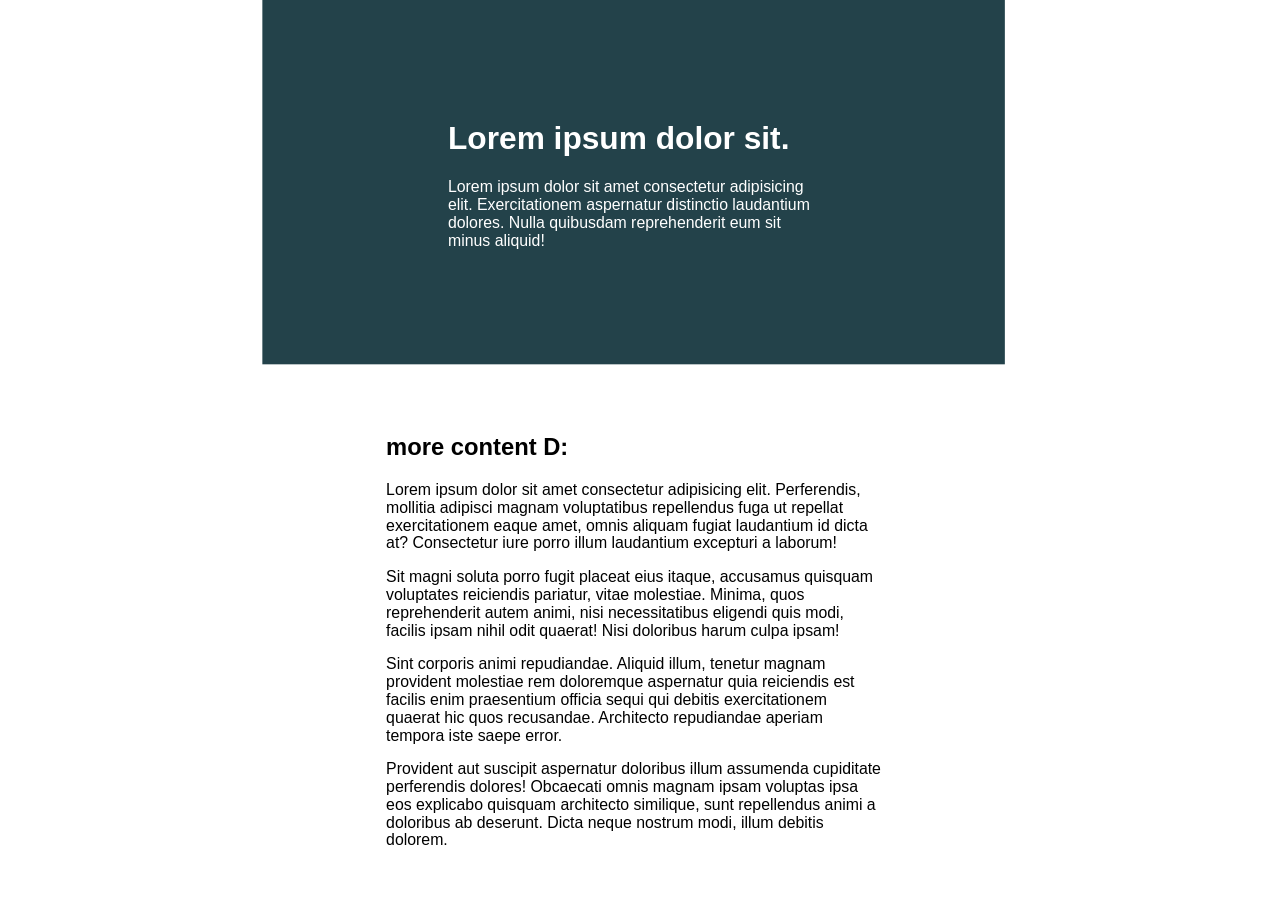
Repository: ufanodev/responsive-3
Page: index.html
The author's editor kept a copy of each file at every save. The page is drawn from the files as they stood at one save, then again after the next save.
The browser window is 1280 px wide. The pictures show the whole page, at 99% of full size.

Above is the page before, as saved 2022-12-10 19:39:35.

### index.html
<!DOCTYPE html>
<html lang="en">
<head>
    <meta charset="UTF-8">
    <meta name="viewport" content="width=device-width, initial-scale=1.0">
    <title>KP Responsive Course</title>

    <link rel="stylesheet" href="style.css">
</head>
<body>

    <div class="container">
        <div class="intro-content">
            <h1>Lorem ipsum dolor sit.</h1>
            <p>Lorem ipsum dolor sit amet consectetur adipisicing elit. Exercitationem aspernatur distinctio laudantium dolores. Nulla quibusdam reprehenderit eum sit minus aliquid!</p>
        </div>
    </div>

    <div class ="intro-content">
        <h2>more content D:</h2>
            <p>Lorem ipsum dolor sit amet consectetur adipisicing elit. Perferendis, mollitia adipisci magnam voluptatibus repellendus fuga ut repellat exercitationem eaque amet, omnis aliquam fugiat laudantium id dicta at? Consectetur iure porro illum laudantium excepturi a laborum!</p>

            <p>Sit magni soluta porro fugit placeat eius itaque, accusamus quisquam voluptates reiciendis pariatur, vitae molestiae. Minima, quos reprehenderit autem animi, nisi necessitatibus eligendi quis modi, facilis ipsam nihil odit quaerat! Nisi doloribus harum culpa ipsam!</p>

            <p>Sint corporis animi repudiandae. Aliquid illum, tenetur magnam provident molestiae rem doloremque aspernatur quia reiciendis est facilis enim praesentium officia sequi qui debitis exercitationem quaerat hic quos recusandae. Architecto repudiandae aperiam tempora iste saepe error.</p>
            <p>Provident aut suscipit aspernatur doloribus illum assumenda cupiditate perferendis dolores! Obcaecati omnis magnam ipsam voluptas ipsa eos explicabo quisquam architecto similique, sunt repellendus animi a doloribus ab deserunt. Dicta neque nostrum modi, illum debitis dolorem.</p>
    </div>

</body>
</html>

### style.css
/* INSTRUCTIONS
 *
 * 1) Keep the text inside .intro-content
 *    in the same place, but have the background
 *    extend from one side of the viewport
 *    to the other, no matter how wide or narrow
 *    the browser is.
 *
 * 2) Limit the maximum width of the text in the
 *    bottom area.
 *
 * You may modify the HTML if needed
 * (you probably should for this challenge)
 *
 */

* {
  box-sizing: border-box;
}

body {
  margin: 0;
  font-family: sans-serif;
}

.container {
  width: 80%;
  max-width: 750px;
  margin: 0 auto;
  background: #23424a;
  color: white;
  padding: 50px 0;
}

.intro-content {
  width: 50%;
  max-width: 500px;
  margin: 0 auto;
  padding: 50px 0;
}

After the next save:
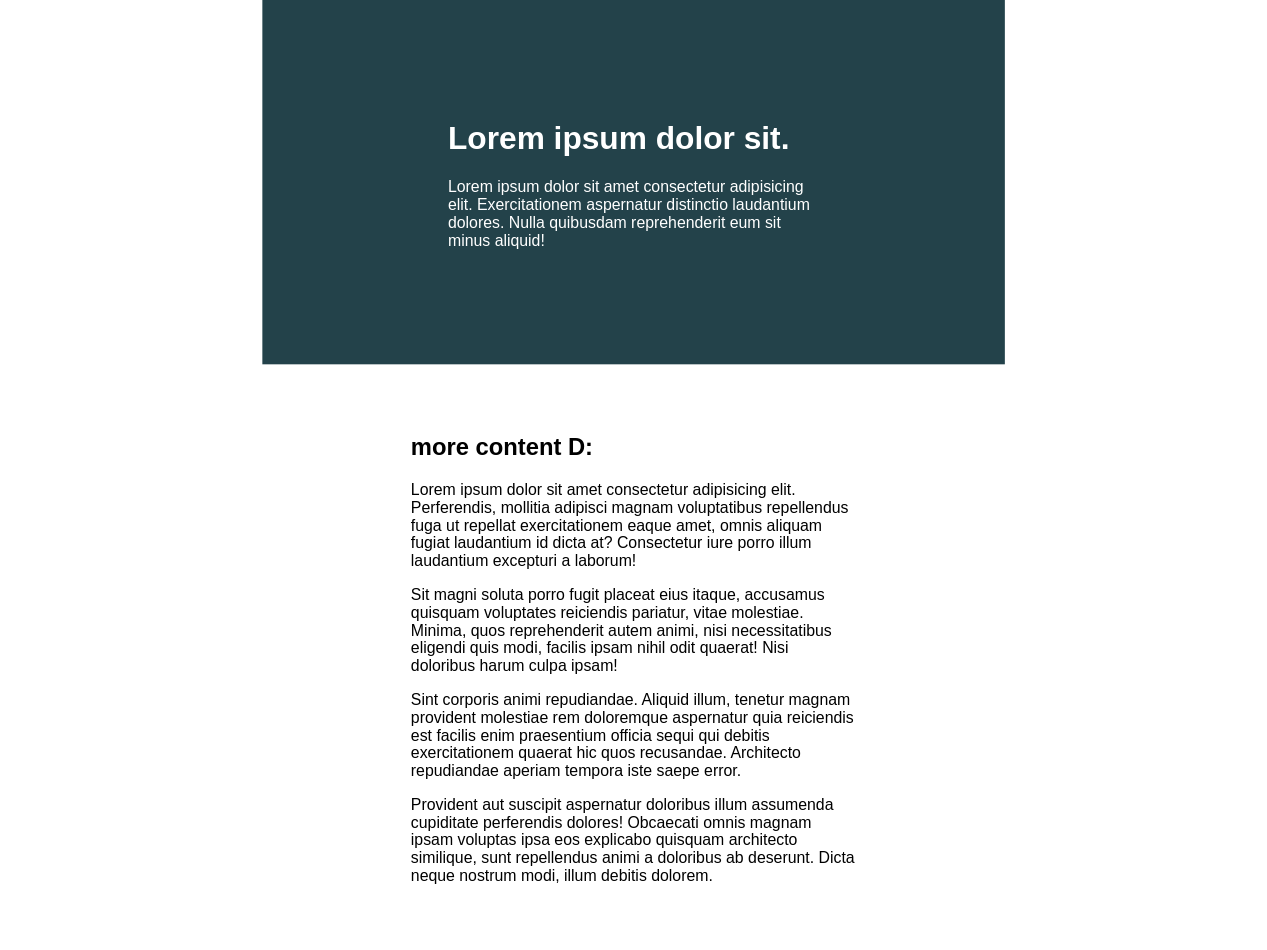
Saved 8 s later.
--- a/style.css
+++ b/style.css
@@ -34,7 +34,7 @@ body {
 
 .intro-content {
   width: 50%;
-  max-width: 500px;
+  max-width: 450px;
   margin: 0 auto;
   padding: 50px 0;
 }
